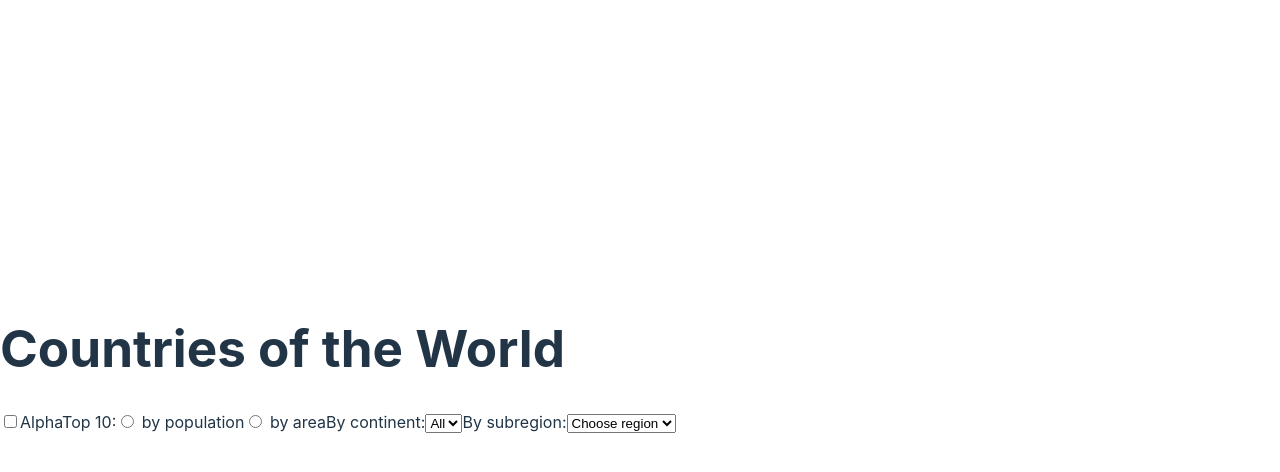
Repository: MonicaNguyenH/Frontend_Lab6_Week10
Page: / (app in react/)
The author's editor kept a copy of each file at every save. The page is drawn from the files as they stood at one save, then again after the next save.
The browser window is 1280 px wide. The pictures show the whole page.
The page's requests for data from a server got no answer. The project was rebuilt for these pictures with package versions that can differ from the ones it lists, and the page was loaded fresh each time. No one was signed in, and anything a server would have sent is missing. Also part of the build but not shown: react/vite.config.js, react/src/components/Country.jsx.

Above is the page before, as saved 2024-11-04 10:54:14.

After the next save:
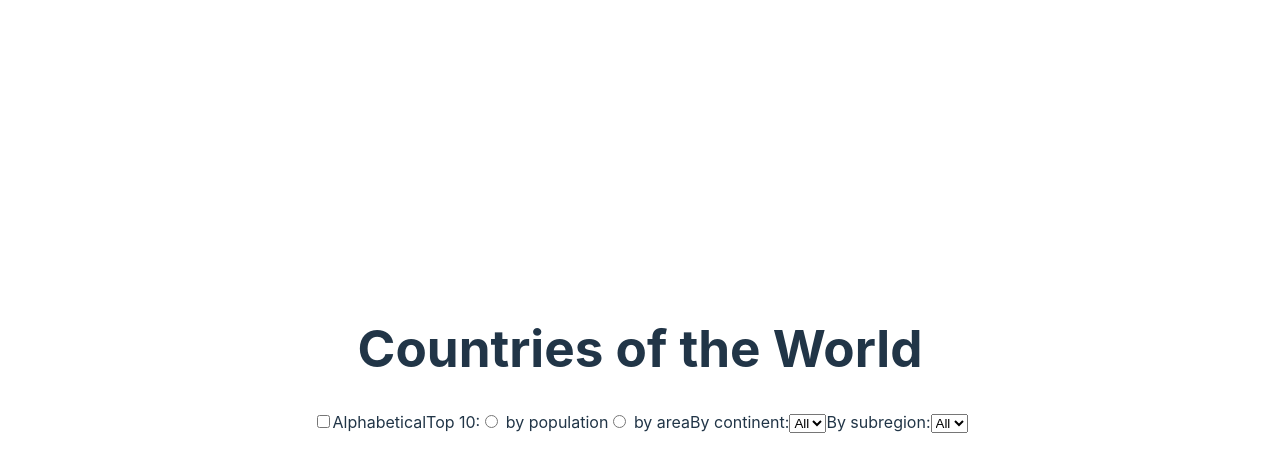
Saved 3 min 29 s later.
--- a/react/src/App.jsx
+++ b/react/src/App.jsx
@@ -1,10 +1,9 @@
 import { useEffect, useState } from 'react';
 import Countries from './components/Countries';
+import './App.css';
 
 function App() {
   const [countries, setCountries] = useState([]);
-  const [continents, setContinents] = useState([]);
-  const [subregions, setSubregions] = useState([]);
   const [continentFilter, setContinentFilter] = useState('');
   const [subregionFilter, setSubregionFilter] = useState('');
   const [sortAlphabetical, setSortAlphabetical] = useState(false);
@@ -16,13 +15,6 @@ function App() {
         const response = await fetch('https://restcountries.com/v3.1/all');
         const data = await response.json();
         setCountries(data);
-
-        // Extract unique continents and subregions
-        const uniqueContinents = [...new Set(data.flatMap(country => country.continents))];
-        const uniqueSubregions = [...new Set(data.map(country => country.subregion).filter(Boolean))];
-
-        setContinents(uniqueContinents);
-        setSubregions(uniqueSubregions);
       } catch (error) {
         console.error("Error fetching data:", error);
       }
@@ -31,26 +23,31 @@ function App() {
   }, []);
 
   const handleSort = () => {
-    return countries
+    let filteredCountries = countries
       .filter(country =>
         (continentFilter ? country.continents.includes(continentFilter) : true) &&
         (subregionFilter ? country.subregion === subregionFilter : true)
-      )
-      .sort((a, b) => sortAlphabetical ? a.name.common.localeCompare(b.name.common) : 0)
-      .sort((a, b) =>
-        top10By === 'population' ? b.population - a.population :
-        top10By === 'area' ? b.area - a.area : 0
-      )
-      .slice(0, top10By ? 10 : countries.length);
+      );
+
+    if (sortAlphabetical) {
+      filteredCountries.sort((a, b) => a.name.common.localeCompare(b.name.common));
+    }
+
+    if (top10By) {
+      filteredCountries.sort((a, b) => b[top10By] - a[top10By]);
+      filteredCountries = filteredCountries.slice(0, 10);
+    }
+
+    return filteredCountries;
   };
 
   return (
-    <div>
+    <div className="app">
       <h1>Countries of the World</h1>
       <div className="filters">
         <label>
           <input type="checkbox" checked={sortAlphabetical} onChange={() => setSortAlphabetical(!sortAlphabetical)} />
-          Alpha
+          Alphabetical
         </label>
         <label>
           Top 10:
@@ -59,26 +56,22 @@ function App() {
         </label>
         <label>
           By continent:
-          <select value={continentFilter} onChange={(e) => {
+          <select onChange={(e) => {
             setContinentFilter(e.target.value);
             setSubregionFilter(''); // Clear subregion when continent is selected
           }}>
             <option value="">All</option>
-            {continents.map(continent => (
-              <option key={continent} value={continent}>{continent}</option>
-            ))}
+            {/* Add continent options dynamically */}
           </select>
         </label>
         <label>
           By subregion:
-          <select value={subregionFilter} onChange={(e) => {
+          <select onChange={(e) => {
             setSubregionFilter(e.target.value);
             setContinentFilter(''); // Clear continent when subregion is selected
           }}>
-            <option value="">Choose region</option>
-            {subregions.map(subregion => (
-              <option key={subregion} value={subregion}>{subregion}</option>
-            ))}
+            <option value="">All</option>
+            {/* Add subregion options dynamically */}
           </select>
         </label>
       </div>
